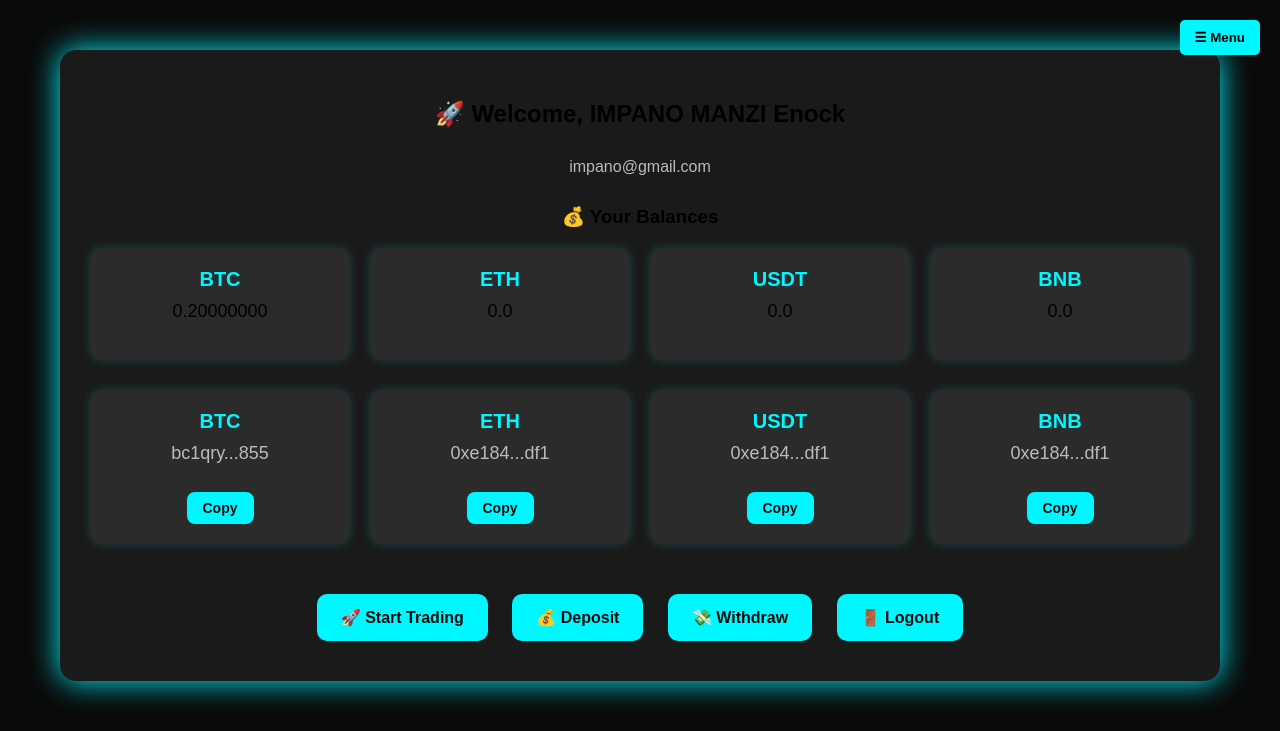
Repository: fredericIT/cypto
Page: http://localhost/dash/
These files come from the project's save history. The page is drawn as it stood at one moment and after the next save; the edit follows.
The browser window is 1280 px wide. The pictures show the whole page.
Some web fonts or font styles are not loaded; a fallback is used. The page is served by the project's application, run on Flask 3 (app.py). The user the application loads for id 1 is signed in. The page reads the database file committed with the project.

Above is the page before, as saved 2025-04-19 10:51:47.

After the next save:
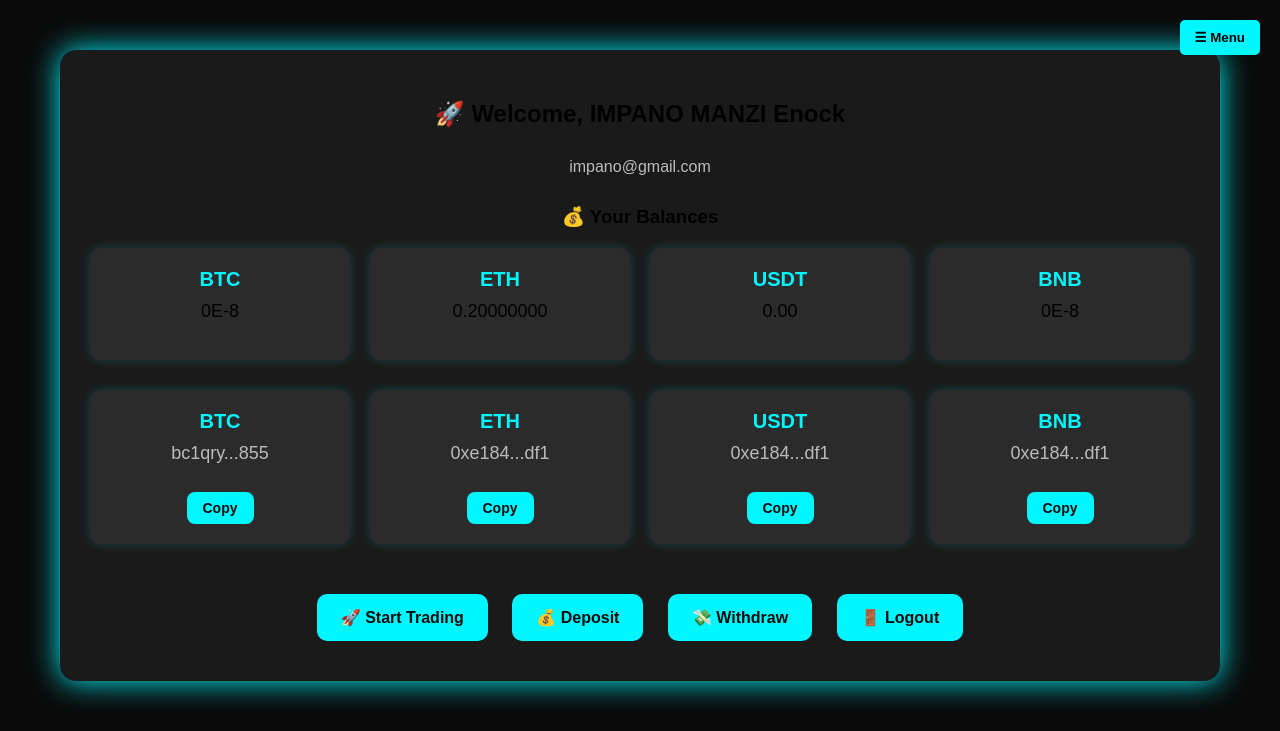
Saved 72 s later.
--- a/blueprints/dashboard.py
+++ b/blueprints/dashboard.py
@@ -13,10 +13,10 @@ def dashboard():
             'full_name': current_user.full_name,
             'email': current_user.email,
             'balances': {
-                'BTC': current_user.account.ETH,
-                'ETH': 0.0,
-                'USDT': 0.0,
-                'BNB': 0.0
+                'BTC': current_user.account.BTC,
+                'ETH': current_user.account.ETH,
+                'USDT':current_user.account.USDT,
+                'BNB': current_user.account.BNB
             },
             'deposit_addresses': {
                 'BTC': 'bc1qrynf3yt0w524mtca7q0t8hs4ufpd8fj5dg2855',
